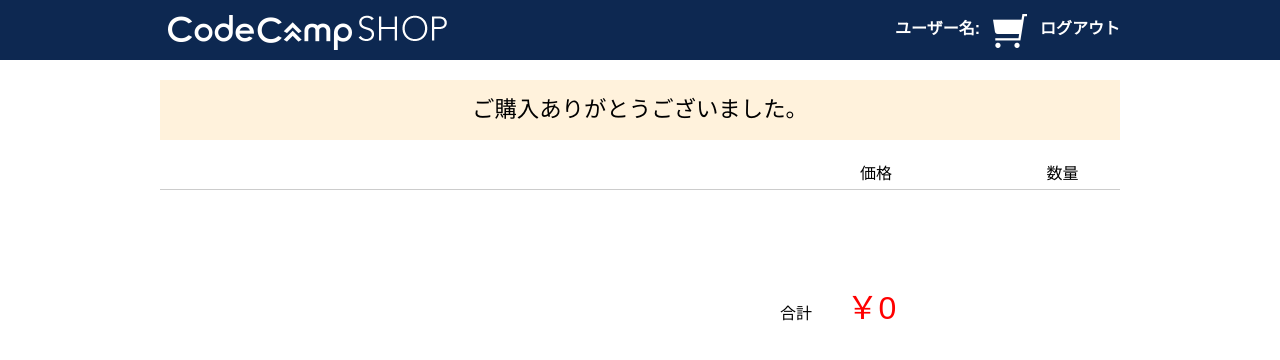
Repository: tppei/PHP
Page: http://localhost/htdocs/php25/ec_finish.php
The author's editor kept a record of every edit. The page is drawn from the files as they stood at one moment, then again after the next edit.
The browser window is 1280 px wide. The pictures show the whole page.
The page is run by PHP 8.4 with error messages shown; the project is at /var/www/html/. Queries for data that is not in the repository find no rows.

Above is the page before.

After the next edit:
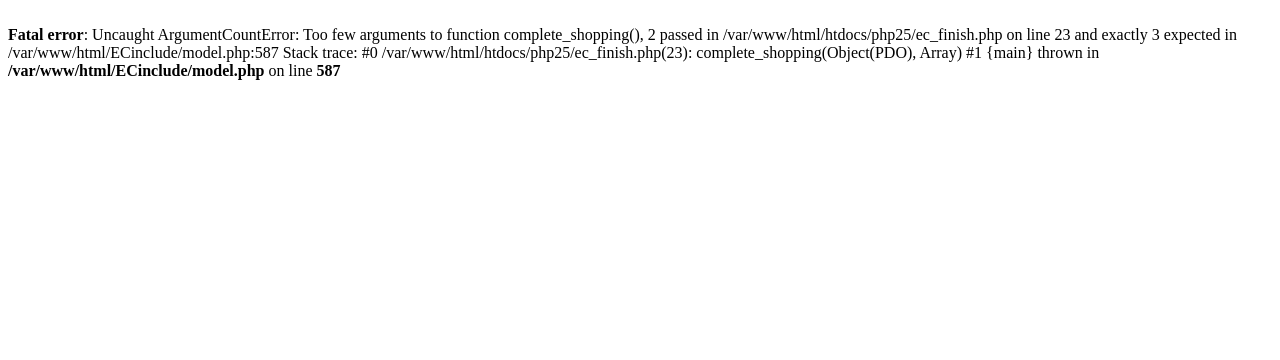
The edit:
--- a/htdocs/php25/ec_finish.php
+++ b/htdocs/php25/ec_finish.php
@@ -20,4 +20,6 @@
 $sql = "SELECT * FROM item_info_table INNER JOIN cart_table ON item_info_table.id = cart_table.item_id";
 $data = user_table($pdo,$sql);
 
+complete_shopping($pdo,$data);
+
 include_once '../../ECinclude/ec_finish_view.php';
